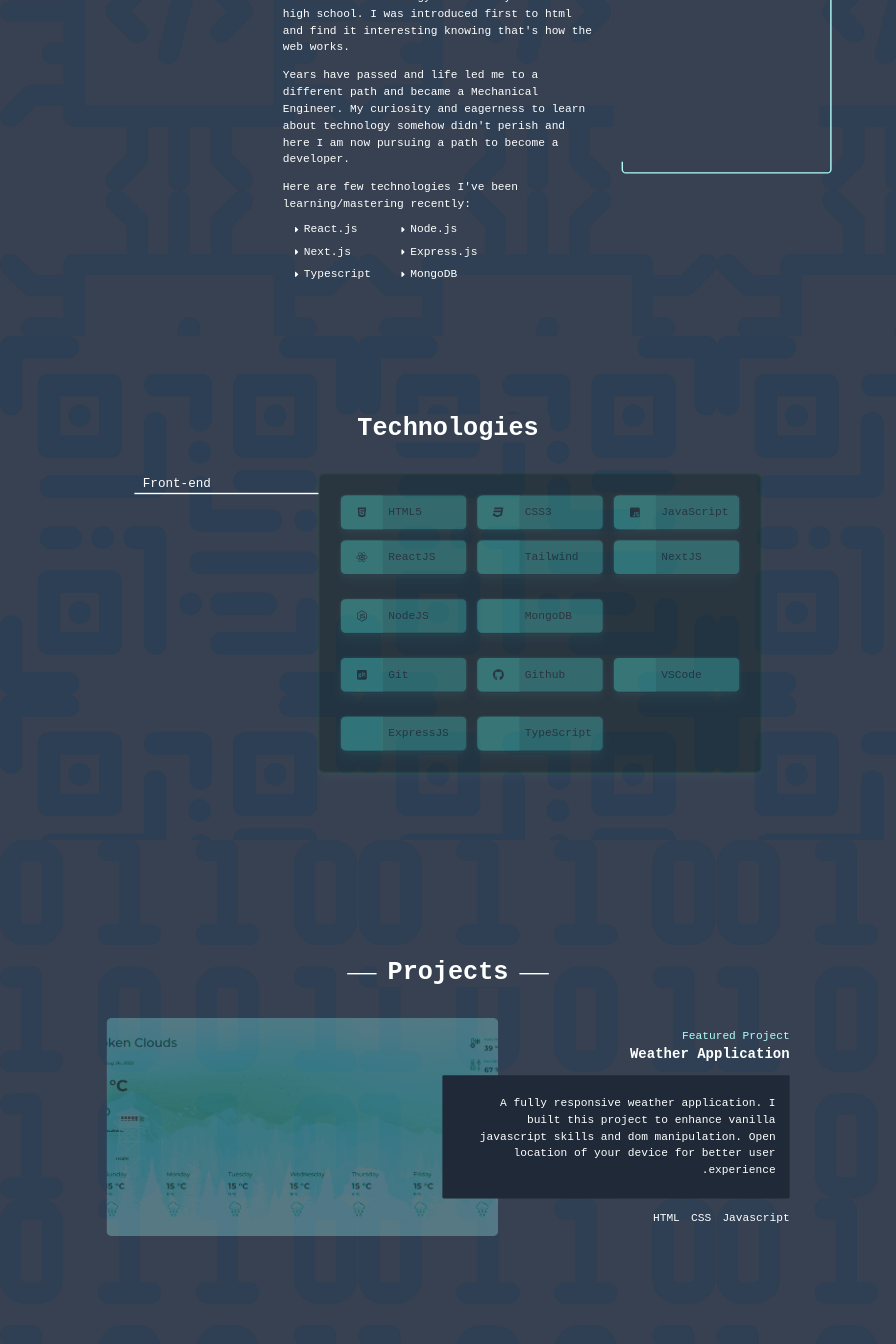
Repository: riandev25/nextjs-portfolio
Page: /
An editor plug-in stored every save of this project. The page is shown before and after the next save, followed by the edit.
The browser window is 1280 px wide. The pictures show the part of the page from y = 960 to 2880 px (the page is 2880 px tall), at 70% of full size.
Backgrounds fixed to the window are drawn as part of the page. The project was rebuilt for these pictures with package versions that can differ from the ones it lists, and the page was loaded fresh each time. The framework's server and built-in components were replaced by stand-ins that run in the browser. Also part of the build but not shown: next.config.js, components/Home/Keyboard/index.module.css, components/Home/Keyboard/index.jsx, components/About/Contacts.jsx.

Above is the page before, as saved 2022-11-13 13:17:12.

After the next save:
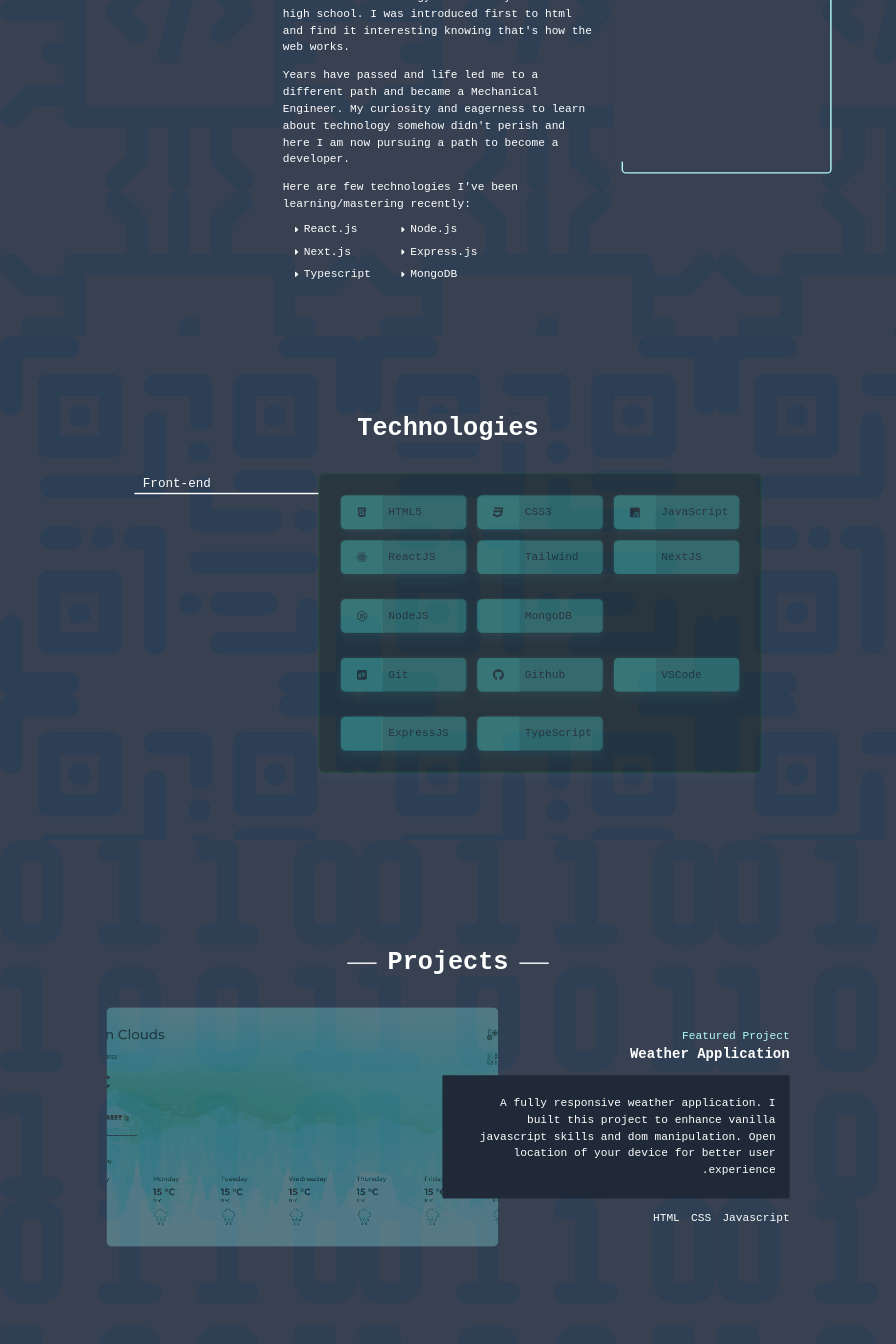
Saved 35 s later.
--- a/components/Projects/index.jsx
+++ b/components/Projects/index.jsx
@@ -26,7 +26,7 @@ const Projects = () => {
     <div className='pt-4 flex flex-col w-full h-screen gap-11 justify-center items-center text-white px-24 bg-bg_binary_image bg-fixed'>
       <PageHeader title='Projects' />
       <div className='flex flex-row justify-center items-center max-w-full'>
-        <section className='z-10 relative w-[35rem] aspect-[18/10] flex-auto flex image-filter'>
+        <section className='z-10 relative w-[35rem] aspect-[18/11] flex-auto flex image-filter'>
           <Image
             src={WeatherImage}
             alt='weather-app'
